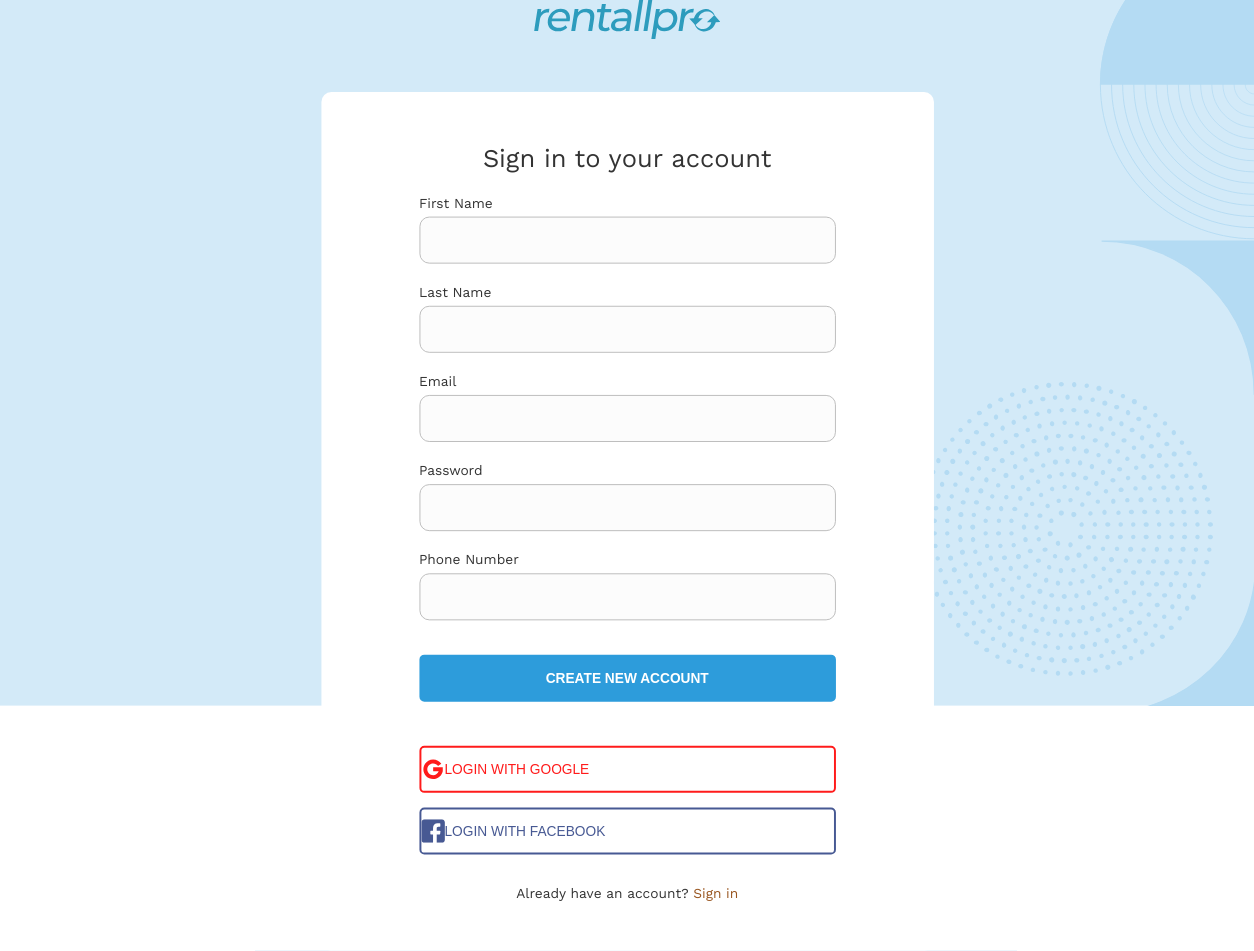
Repository: RentallPro/rentallpro-frontend
Page: /signup
The author's editor kept a copy of each file at every save. The page is drawn from the files as they stood at one save, then again after the next save.
The browser window is 1280 px wide. The pictures show the whole page, at 98% of full size.
The project was rebuilt for these pictures with package versions that can differ from the ones it lists, and the page was loaded fresh each time. Also part of the build but not shown: src/views/Auth/Home.vue.

Above is the page before, as saved 2020-12-09 23:12:56.

### public/index.html
<!DOCTYPE html>
<html lang="en">
  <head>
    <meta charset="utf-8">
    <meta http-equiv="X-UA-Compatible" content="IE=edge">
    <meta name="viewport" content="width=device-width,initial-scale=1.0">
    <link rel="icon" href="<%= BASE_URL %>favicon.ico">
    <link href="https://fonts.googleapis.com/css?family=Work+Sans&display=swap" rel="stylesheet">
    <title><%= htmlWebpackPlugin.options.title %></title>
  </head>
  <body>
    <noscript>
      <strong>We're sorry but <%= htmlWebpackPlugin.options.title %> doesn't work properly without JavaScript enabled. Please enable it to continue.</strong>
    </noscript>
    <div id="app"></div>
    <!-- built files will be auto injected -->
  </body>
</html>

### src/App.vue
<template>
  <div id="app">
    <router-view/>
  </div>
</template>

<style lang="scss">
* {
  margin: 0;
  padding: 0;
  box-sizing: border-box;
}
#app {
  font-family: 'Work Sans', sans-serif;
}
button {
  cursor: pointer;
}
</style>

### src/router/index.js
import Vue from 'vue'
import VueRouter from 'vue-router'
import Home from '../views/Auth/Home.vue'

Vue.use(VueRouter)

const routes = [
  {
    path: '/',
    name: 'Home',
    component: Home
  },
  {
    path: '/signup',
    name: 'SignUp',
    // route level code-splitting
    // this generates a separate chunk (about.[hash].js) for this route
    // which is lazy-loaded when the route is visited.
    component: () => import(/* webpackChunkName: "about" */ '../views/Auth/SignUp.vue')
  }
]

const router = new VueRouter({
  mode: 'history',
  base: process.env.BASE_URL,
  routes
})

export default router

### src/views/Auth/SignUp.vue
<template>
  <div class="auth">
      <div class="form-container">
          <div class="logo"><img src="@/assets/logo.svg" alt="logo"></div>
            <div class="form-wrapper">
                <h3 class="form-title">Sign in to your account</h3>
                <div class="input">
                    <label for="Email">First Name</label>
                    <input type="text">
                </div>
                <div class="input">
                    <label for="Email">Last Name</label>
                    <input type="text">
                </div>
                <div class="input">
                    <label for="Email">Email</label>
                    <input type="email">
                </div>
                <div class="input">
                    <label for="password">Password</label>
                    <input type="password">
                </div>
                <div class="input">
                    <label for="Email">Phone Number</label>
                    <input type="email">
                </div>
                <button class="login-button button">
                    CREATE NEW ACCOUNT
                </button>
                <div class="social-buttons">
                    <button class="google-button button">
                        <svg width="24" height="24" viewBox="0 0 24 24" fill="none" xmlns="http://www.w3.org/2000/svg">
                            <path d="M6 12C6 15.3137 8.68629 18 12 18C14.6124 18 16.8349 16.3304 17.6586 14H12V10H21.8047V14H21.8C20.8734 18.5645 16.8379 22 12 22C6.47715 22 2 17.5228 2 12C2 6.47715 6.47715 2 12 2C15.445 2 18.4831 3.742 20.2815 6.39318L17.0039 8.68815C15.9296 7.06812 14.0895 6 12 6C8.68629 6 6 8.68629 6 12Z" fill="#FF1B1B"/>
                        </svg>
                        <span>LOGIN WITH GOOGLE</span>
                    </button>
                    <button class="facebook-button button">
                        <svg width="24" height="24" viewBox="0 0 24 24" fill="none" xmlns="http://www.w3.org/2000/svg">
                            <path d="M20.7657 0H3.23405C1.44797 0 0 1.44791 0 3.23405V20.7658C0 22.552 1.44791 23.9999 3.23405 23.9999H11.8806L11.8953 15.4236H9.66721C9.37765 15.4236 9.14264 15.1895 9.14152 14.8999L9.13084 12.1354C9.12972 11.8443 9.36544 11.6077 9.65659 11.6077H11.8806V8.93651C11.8806 5.83661 13.7739 4.14869 16.5392 4.14869H18.8083C19.0986 4.14869 19.3341 4.38406 19.3341 4.67444V7.00547C19.3341 7.29573 19.0988 7.53104 18.8086 7.53122L17.4161 7.53187C15.9122 7.53187 15.621 8.24648 15.621 9.29522V11.6078H18.9255C19.2404 11.6078 19.4847 11.8827 19.4476 12.1954L19.1199 14.9599C19.0885 15.2244 18.8642 15.4237 18.5978 15.4237H15.6357L15.621 24H20.7658C22.5519 24 23.9998 22.5521 23.9998 20.766V3.23405C23.9998 1.44791 22.5519 0 20.7657 0Z" fill="#475993"/>
                        </svg>
                        <span>LOGIN WITH FACEBOOK</span>
                    </button>
                </div>
                <p class="option">Already have an account? <span><router-link :to="{name: 'Home'}">Sign in</router-link></span></p>
            </div>
      </div>
  </div>
</template>

<script>
export default {

}
</script>

<style lang="scss" src="./Home.scss" scoped></style>

### src/views/Auth/Home.scss
.auth {
    background: #D3EAF8;
    background-image: url(../../assets/Patern.svg);
    background-repeat: no-repeat;
    background-position-y: top;
    background-position-x: right;
    width: 100%;
    height: 100vh;
    .form-container {
        max-width: 625px;
        display: block;
        margin: auto;
        .button {
            height: 48px;
            width: 100%;
            border-radius: 5px;
            font-size: 14px;
            line-height: 18px;
        }
        .logo {
            text-align: center;
        }
        .form-wrapper {
            width: 100%;
            padding: 50px 100px;
            background: #FFFFFF;
            border-radius: 10px;
            margin-top: 50px;
            .form-title {
                font-style: normal;
                font-weight: 500;
                font-size: 26px;
                line-height: 34px;
                color: #333333;
                text-align: center;
            }
            .input {
                display: flex;
                flex-direction: column;
                margin-top: 20px;
                label {
                    font-style: normal;
                    font-weight: normal;
                    font-size: 14px;
                    line-height: 18px;
                    color: #333333;
                }
                input {
                    height: 48px;
                    background: #FCFCFC;
                    border: 1px solid #BDBDBD;
                    border-radius: 10px;
                    margin-top: 5px;
                }
                p {
                    font-weight: normal;
                    font-size: 14px;
                    line-height: 18px;
                    color: #995620;
                    text-align: right;
                    margin-top: 5px;
                }
            }
            .login-button {
                background: #2D9CDB;
                border: 2px solid #2D9CDB;
                font-style: normal;
                font-weight: bold;
                color: #FFFFFF;
                margin-top: 35px;
            }
            .social-buttons {
                margin-top: 45px;
                .google-button {
                    display: flex;
                    align-items: center;

                    color: #FF1B1B;
                    border: 2px solid #FF1B1B;
                    font-weight: 500;
                    background-color: #FFFFFF;
                }
                .facebook-button {
                    display: flex;
                    align-items: center;

                    color: #475993;
                    border: 2px solid #475993;
                    background-color: #FFFFFF;
                    font-weight: 500;
                    margin-top: 15px;
                }
            }
            .option {
                font-style: normal;
                font-weight: normal;
                font-size: 14px;
                line-height: 18px;
                color: #333333;
                text-align: center;
                margin-top: 30px;
                a {
                    color: #995620;
                    text-decoration: none;
                }
            }
        }
    }
}
@media screen and (max-width: 768px) {
    .home {
        background-image: none;
        height: auto;
        background-color: #FFFFFF;
        .form-container {
            padding-top: 75px;
            .logo {
                img {
                    height: 24px;
                }
            }
            .form-wrapper {
                padding: 20px;
            }
        }
    }
}

Loaded but not shown: src/main.js (common file); src/store/index.js (common file)

After the next save:
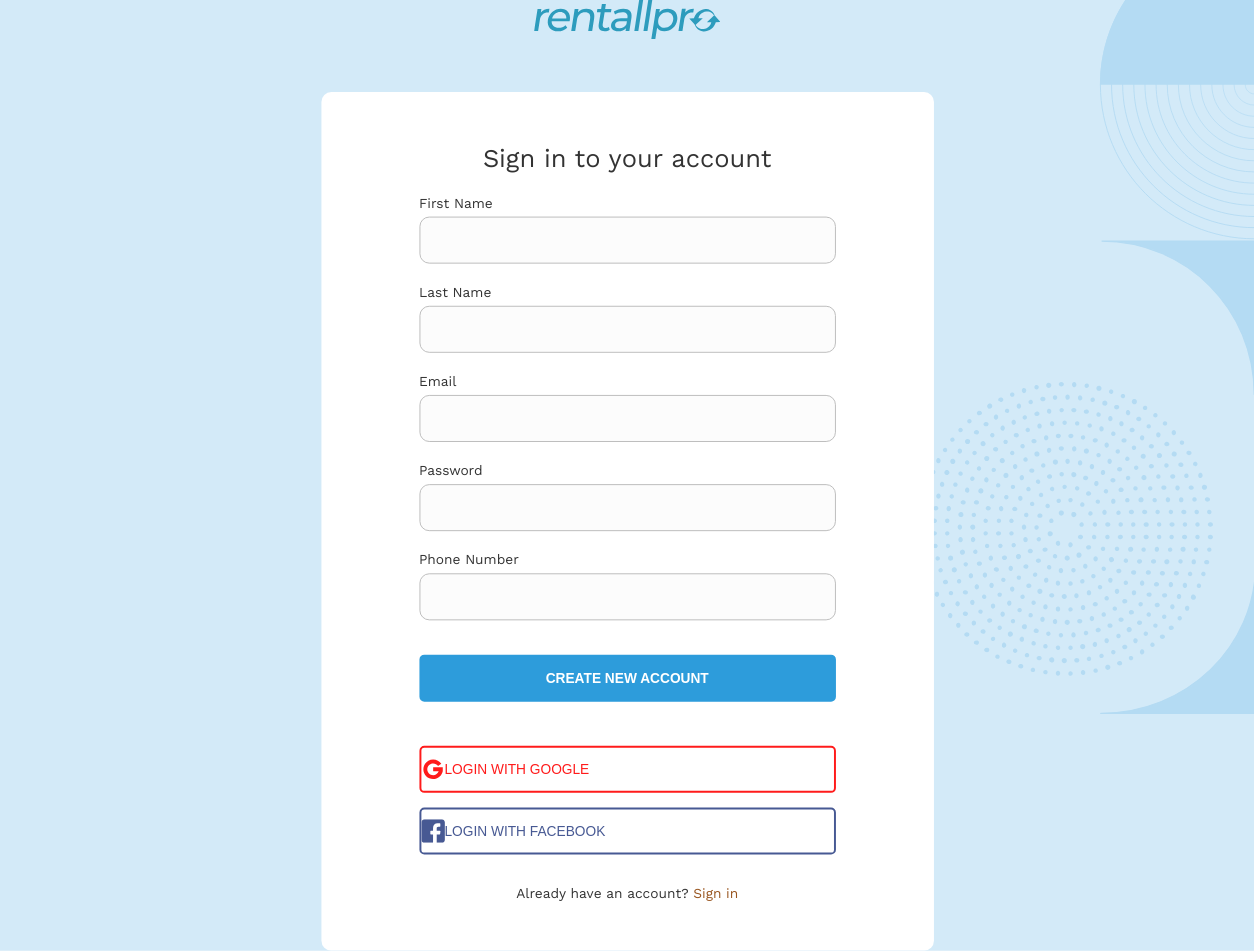
Saved 4 min 22 s later.
--- a/src/views/Auth/Home.scss
+++ b/src/views/Auth/Home.scss
@@ -5,7 +5,7 @@
     background-position-y: top;
     background-position-x: right;
     width: 100%;
-    height: 100vh;
+    // height: 100vh;
     .form-container {
         max-width: 625px;
         display: block;

After the save that followed:
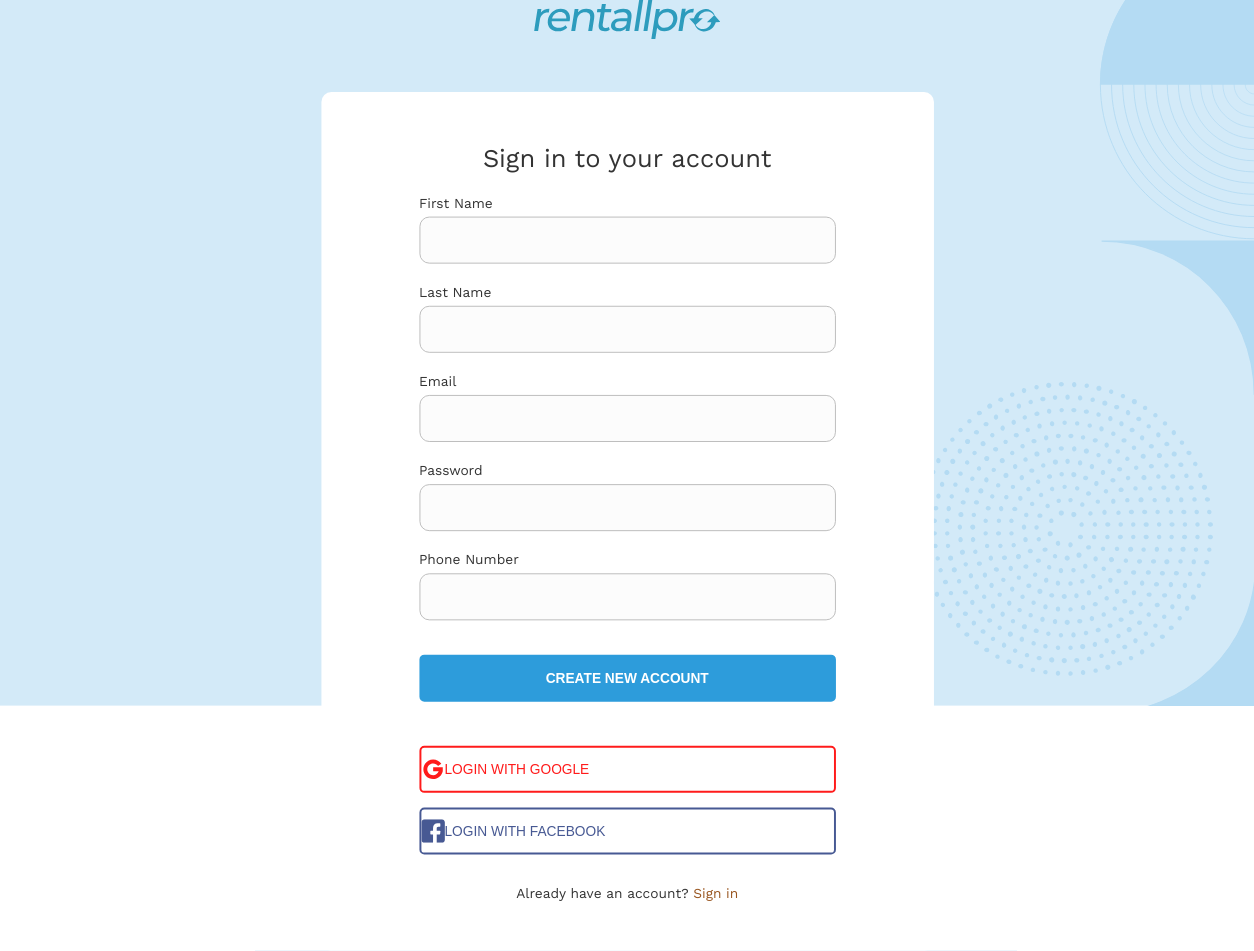
Saved 41 s later.
--- a/src/views/Auth/Home.scss
+++ b/src/views/Auth/Home.scss
@@ -5,7 +5,7 @@
     background-position-y: top;
     background-position-x: right;
     width: 100%;
-    // height: 100vh;
+    height: 100vh;
     .form-container {
         max-width: 625px;
         display: block;
